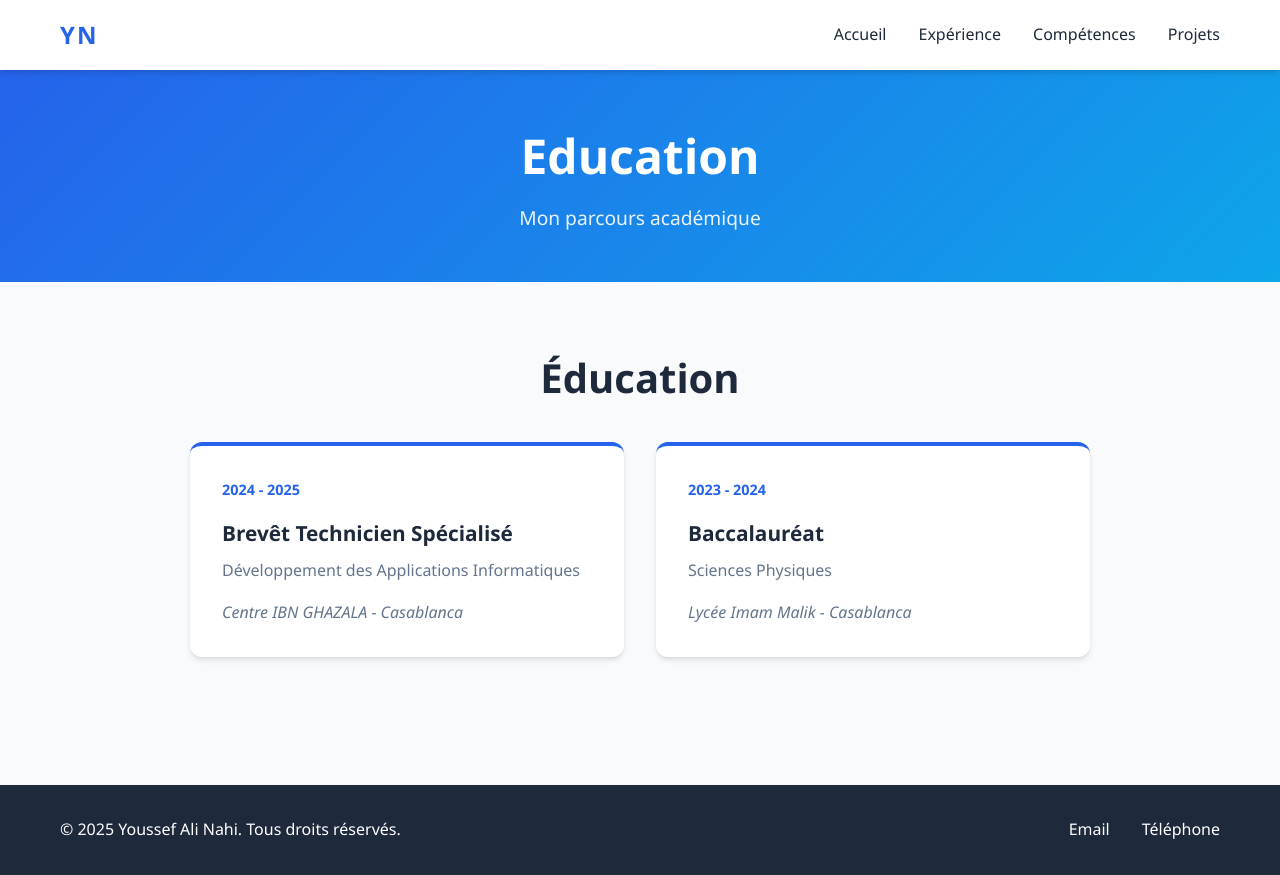
Repository: Youssef-Nahi504/My_Portfolio
Page: Education.html
An editor plug-in stored every save of this project. The page is shown before and after the next save, followed by the edit.
The browser window is 1280 px wide. The pictures show the whole page.

Above is the page before, as saved 2025-12-19 16:03:51.

After the next save:
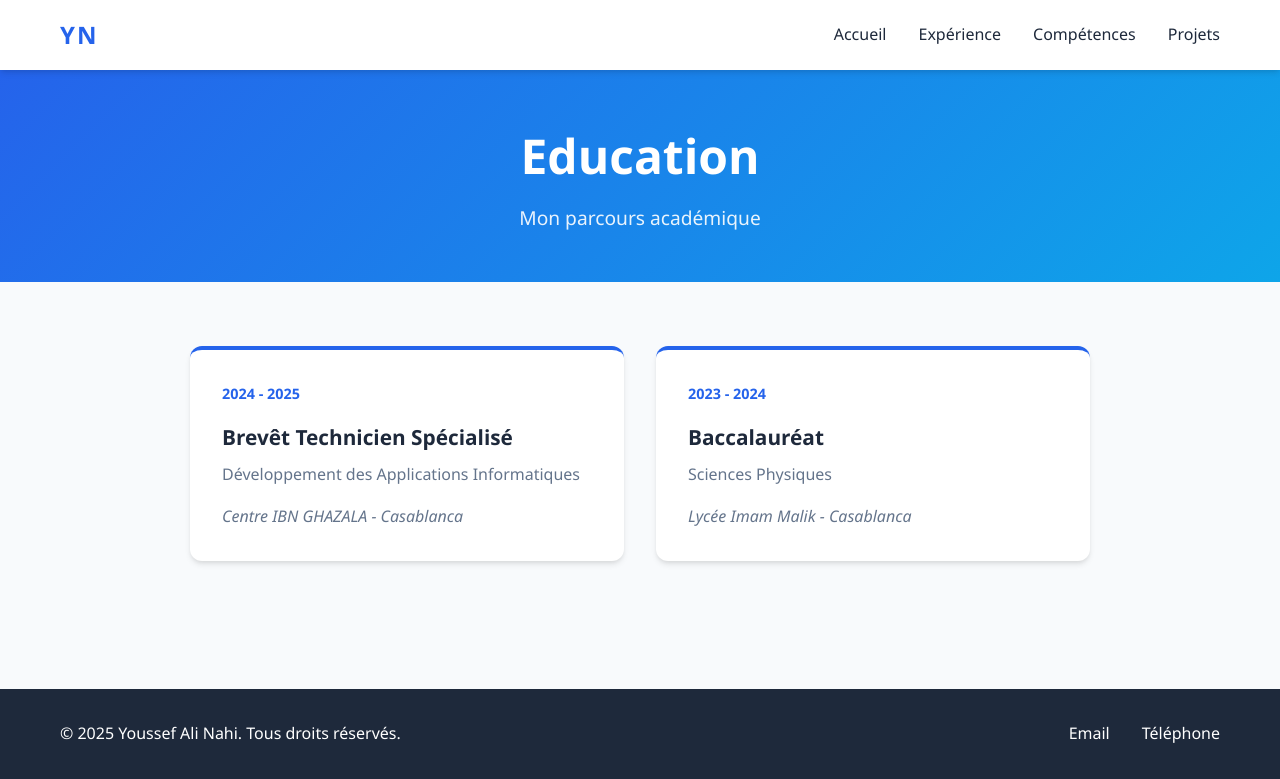
Saved 48 s later.
--- a/Education.html
+++ b/Education.html
@@ -34,7 +34,6 @@
 
         <section class="education-section">
             <div class="container">
-                <h2 class="section-title">Éducation</h2>
                 <div class="education-grid">
                     <div class="education-card">
                         <div class="education-year">2024 - 2025</div>

After the save that followed:
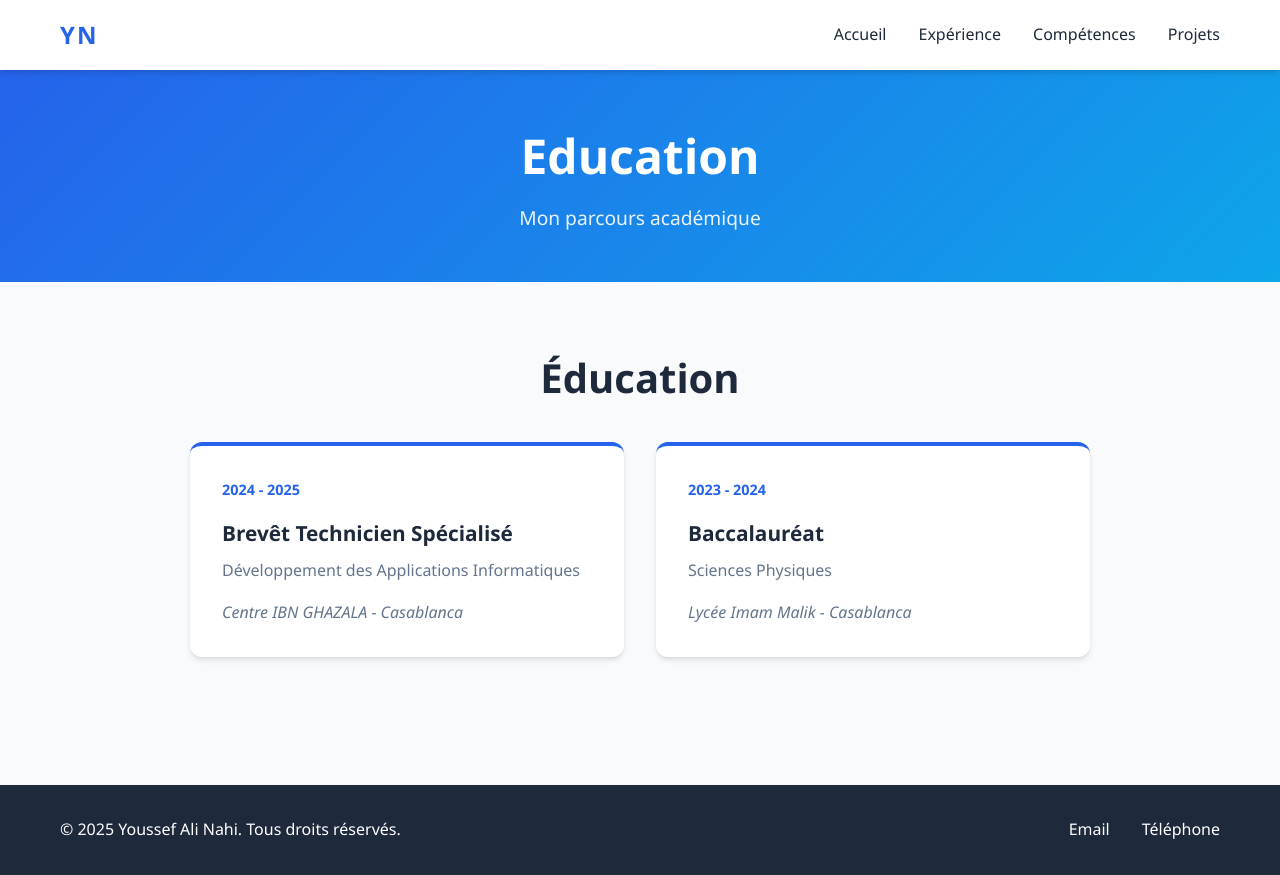
Saved 12 s later.
--- a/Education.html
+++ b/Education.html
@@ -34,6 +34,7 @@
 
         <section class="education-section">
             <div class="container">
+                <h2 class="section-title">Éducation</h2>
                 <div class="education-grid">
                     <div class="education-card">
                         <div class="education-year">2024 - 2025</div>
